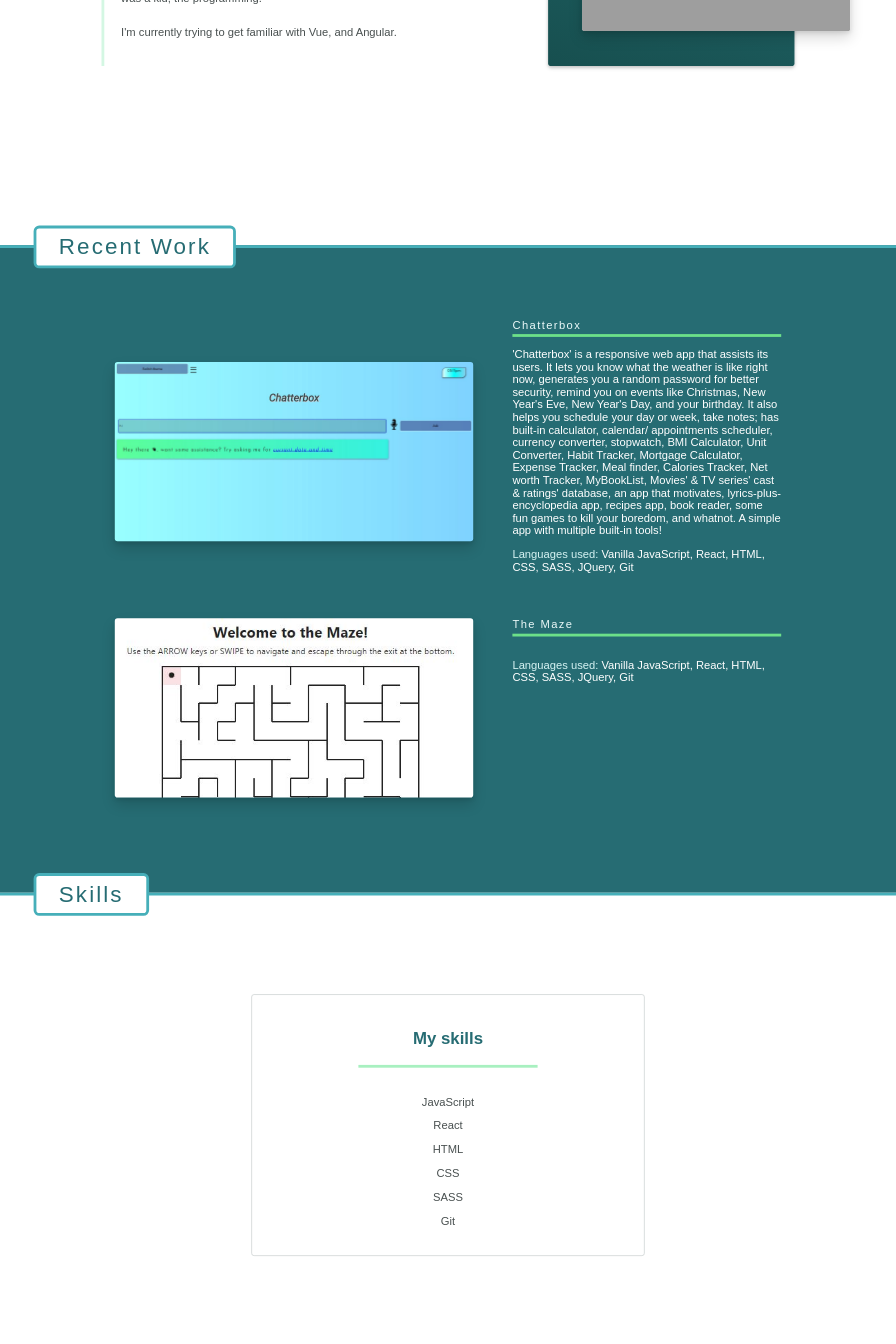
Repository: Abbaskhurram255/port
Page: /
An editor plug-in stored every save of this project. The page is shown before and after the next save, followed by the edit.
The browser window is 1280 px wide. The pictures show the part of the page from y = 515 to 2435 px (the page is 2782 px tall), at 70% of full size.
Pictures or frames that could not be fetched are drawn as grey boxes. The page's requests for data from a server got no answer. Some web fonts or font styles are not loaded; a fallback is used. Some web libraries are served in a nearby version. The project was rebuilt for these pictures with package versions that can differ from the ones it lists, and the page was loaded fresh each time. No one was signed in, and anything a server would have sent is missing.

Above is the page before, as saved 2020-12-03 22:49:17.

After the next save:
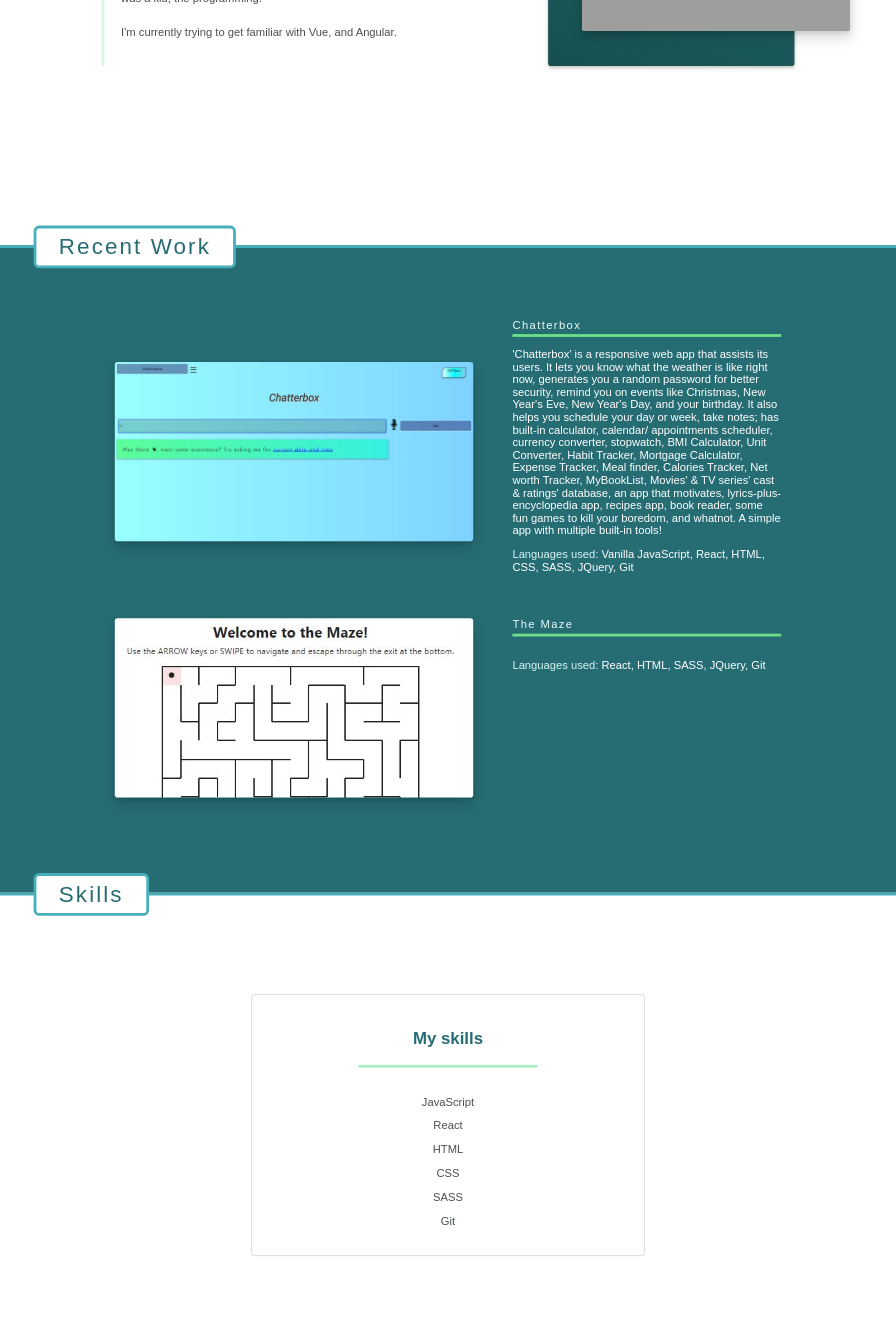
Saved 4 min 1 s later.
--- a/src/utils/data.ts
+++ b/src/utils/data.ts
@@ -24,7 +24,7 @@
     image: "maze",
     name: "The Maze",
     sourceCode: "https://github.com/Abbaskhurram255/Chatterbox/",
-    tools: "Vanilla JavaScript, React, HTML, CSS, SASS, JQuery, Git",
+    tools: "React, HTML, SASS, JQuery, Git",
     url: "https://abbaskhurram255.github.io/Chatterbox/getting-started"
   }
 ];
